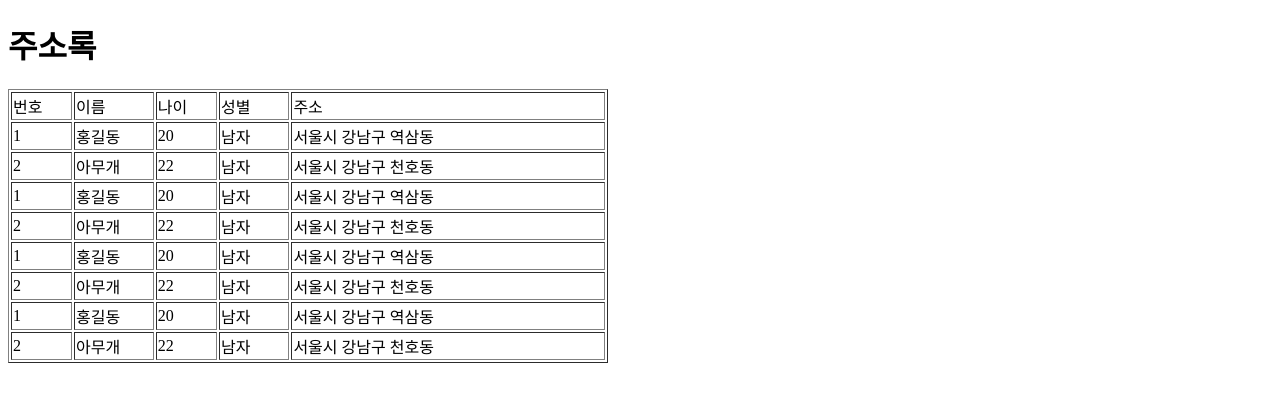
Repository: Hwang-97/HhwDesktop
Page: client/ClientTest/src/main/webapp/html/ex15_table.html
An editor plug-in stored every save of this project. The page is shown before and after the next save, followed by the edit.
The browser window is 1280 px wide. The pictures show the whole page.

Above is the page before, as saved 2021-12-10 06:26:14.

### client/ClientTest/src/main/webapp/html/ex15_table.html
<!DOCTYPE html>
<html>
<head>
<meta charset="UTF-8">
<title>Insert title here</title>
</head>
<body>
	<h1>주소록</h1>
	<table border width="600">
		<tr bhcolor ="#cccccc">
			<td width="60">번호</td>
			<td width="80">이름</td>
			<td width="60">나이</td>
			<td width="70">성별</td>
			<td width="330">주소</td>
		</tr>
		<tr>
			<td>1</td>
			<td>홍길동</td>
			<td>20</td>
			<td>남자</td>
			<td>서울시 강남구 역삼동</td>
		</tr>
		<tr>
			<td>2</td>
			<td>아무개</td>
			<td>22</td>
			<td>남자</td>
			<td>서울시 강남구 천호동</td>
		</tr>
		<tr>
			<td>1</td>
			<td>홍길동</td>
			<td>20</td>
			<td>남자</td>
			<td>서울시 강남구 역삼동</td>
		</tr>
		<tr>
			<td>2</td>
			<td>아무개</td>
			<td>22</td>
			<td>남자</td>
			<td>서울시 강남구 천호동</td>
		</tr>
		<tr>
			<td>1</td>
			<td>홍길동</td>
			<td>20</td>
			<td>남자</td>
			<td>서울시 강남구 역삼동</td>
		</tr>
		<tr>
			<td>2</td>
			<td>아무개</td>
			<td>22</td>
			<td>남자</td>
			<td>서울시 강남구 천호동</td>
		</tr>
		<tr>
			<td>1</td>
			<td>홍길동</td>
			<td>20</td>
			<td>남자</td>
			<td>서울시 강남구 역삼동</td>
		</tr>
		<tr>
			<td>2</td>
			<td>아무개</td>
			<td>22</td>
			<td>남자</td>
			<td>서울시 강남구 천호동</td>
		</tr>

	</table>
</body>
</html>

After the next save:
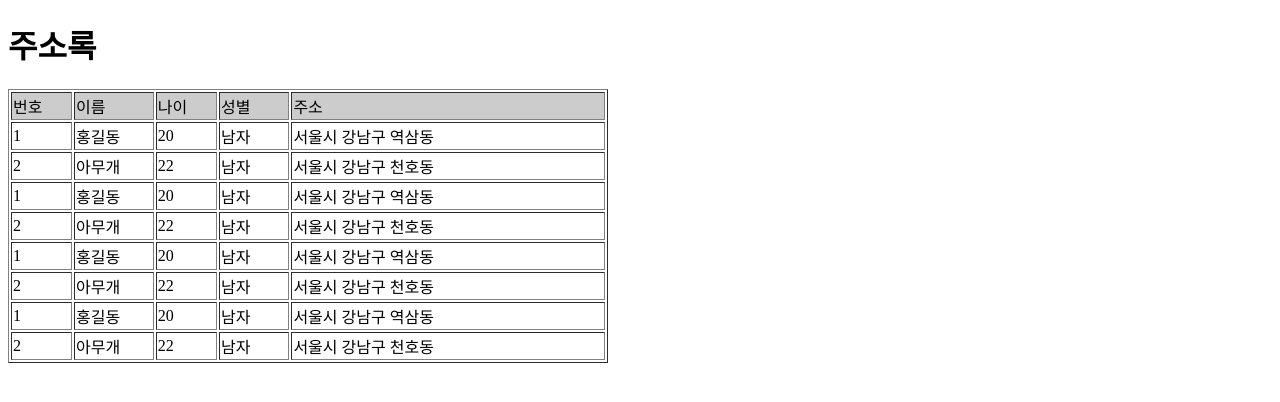
Saved 18 s later.
--- a/client/ClientTest/src/main/webapp/html/ex15_table.html
+++ b/client/ClientTest/src/main/webapp/html/ex15_table.html
@@ -7,7 +7,7 @@
 <body>
 	<h1>주소록</h1>
 	<table border width="600">
-		<tr bhcolor ="#cccccc">
+		<tr bgcolor ="#cccccc">
 			<td width="60">번호</td>
 			<td width="80">이름</td>
 			<td width="60">나이</td>
